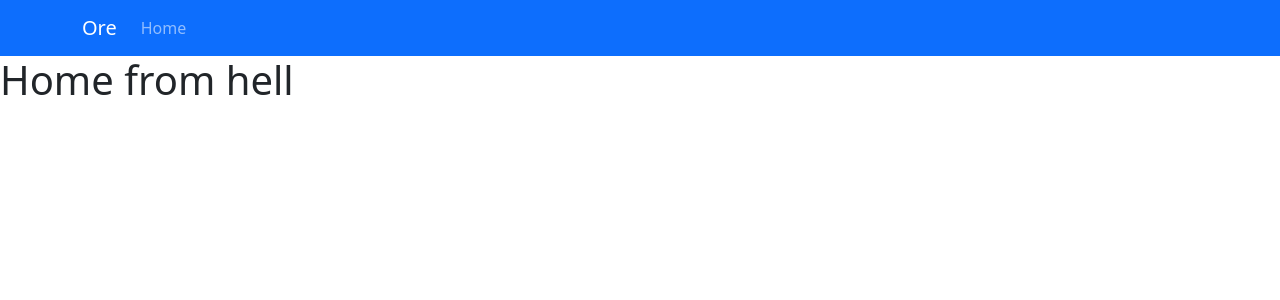
Repository: thf4/React-Front
Page: /
The author's editor kept a copy of each file at every save. The page is drawn from the files as they stood at one save, then again after the next save.
The browser window is 1280 px wide. The pictures show the whole page.
The project was rebuilt for these pictures with package versions that can differ from the ones it lists, and the page was loaded fresh each time. Also part of the build but not shown: src/pages/Vizualizar/index.js, src/pages/Cadastrar/index.js, src/pages/Editar/index.js.

Above is the page before, as saved 2021-05-07 09:09:21.

After the next save:
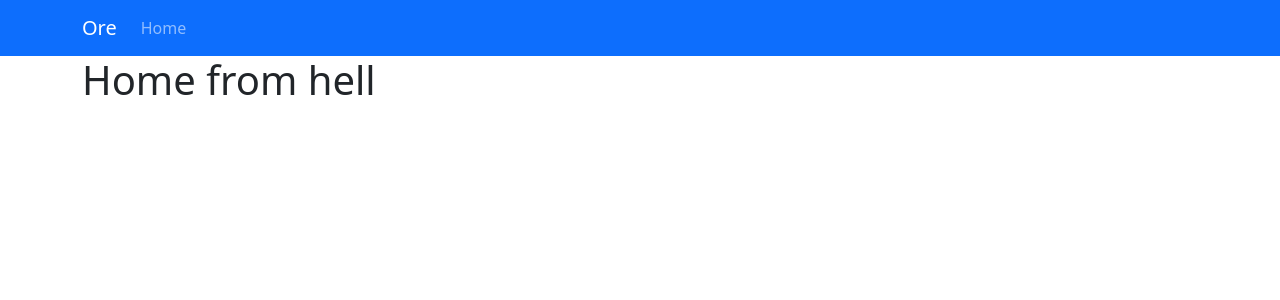
Saved 49 s later.
--- a/src/pages/Home/index.js
+++ b/src/pages/Home/index.js
@@ -1,9 +1,11 @@
 import React from "react"
-
+import { Container } from "reactstrap"
 export const Home = () =>{
   return  (
     <div>
+      <Container>
       <h1> Home from hell </h1>
+      </Container>
     </div>
   )
 }
